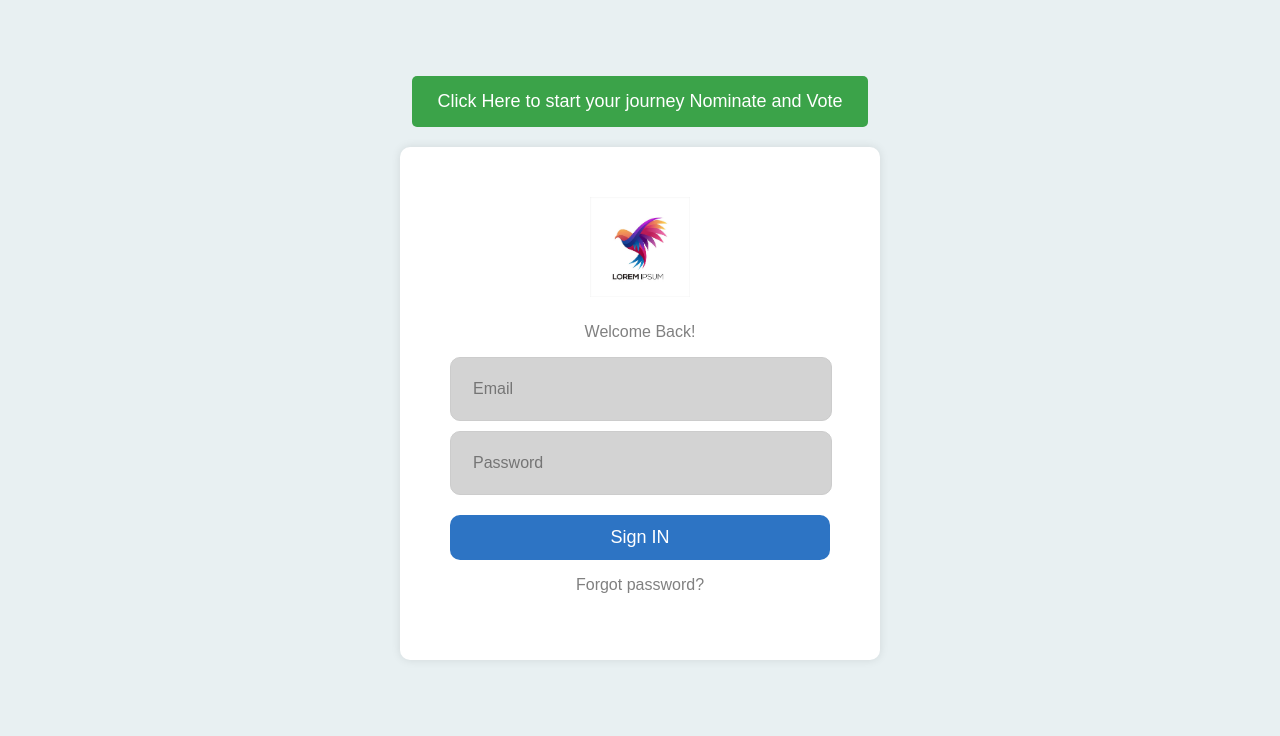
Repository: Femi007-gh/welcome
Page: index.html
These files come from the project's save history. The page is drawn as it stood at one moment and after the next save; the edit follows.
The browser window is 1280 px wide. The pictures show the whole page.

Above is the page before, as saved 2025-03-10 21:56:08.

### index.html
<html>
<head>
    <title>Login Page</title>
    <link rel="stylesheet" href="style.css">
</head>
<body>
    <button class="green-button">Click Here to start your journey Nominate and Vote</button>
    <div class="container">
        <img src="Logo.jpg" alt="Nigerian Shippers Council Logo">
        <p>Welcome Back!</p>
        <form action="your-server-endpoint" method="post">
            <div class="input-container">
                <input type="email" placeholder="Email" class="lit">
            </div>
            <div class="password-container">
                <input type="password" placeholder="Password" class="fit">
            </div>
            <button type="submit" class="sign-in-button">Sign IN</button>
        </form>
        <div class="links">
            <p class="under">Forgot password?</p>
        </div>
    </div>
</body>
</html>

### style.css
body {
  font-family: Arial, sans-serif;
  background-color: #e8f0f2;
  display: flex;
  justify-content: center;
  align-items: center;
  height: 100vh;
  flex-direction: column;
}
.green-button {
  background-color: #3ba349;
  color: white;
  padding: 15px 25px;
  border: none;
  border-radius: 5px;
  cursor: pointer;
  margin-bottom: 20px;
  font-size: 18px;
}
.container {
  background-color: white;
  padding: 50px;
  border-radius: 10px;
  box-shadow: 0 0 10px rgba(0, 0, 0, 0.1);
  text-align: center;
  width: 380px;
}
.container img {
  width: 100px;
  margin-bottom: 10px;
}
p {
  color: gray;
}
.input-container, .password-container {
  display: flex;
  align-items: center;
  background: #d3d3d3;
  border: 1px solid #ccc;
  border-radius: 10px;
  padding: 10px;
  width: calc(100% - 20px);
  margin: 10px 0;
}
.input-container input, .password-container input {
  border: none;
  outline: none;
  flex: 1;
  background: transparent;
  padding: 12px;
  font-size: 16px;
}
.password-container i {
  cursor: pointer;
  font-size: 18px;
  margin-left: 10px;
}
.sign-in-button {
  background-color: #2d74c4;
  color: white;
  padding: 12px;
  border: none;
  border-radius: 10px;
  cursor: pointer;
  width: 100%;
  font-size: 18px;
  margin-top: 10px;
}
.links {
  margin-top: 10px;
  font-size: 16px;
}
.links a {
  color: gray;
  text-decoration: none;
  margin: 0 10px;
}
.links a.underline {
  color: blue;
  text-decoration: underline;
}

After the next save:
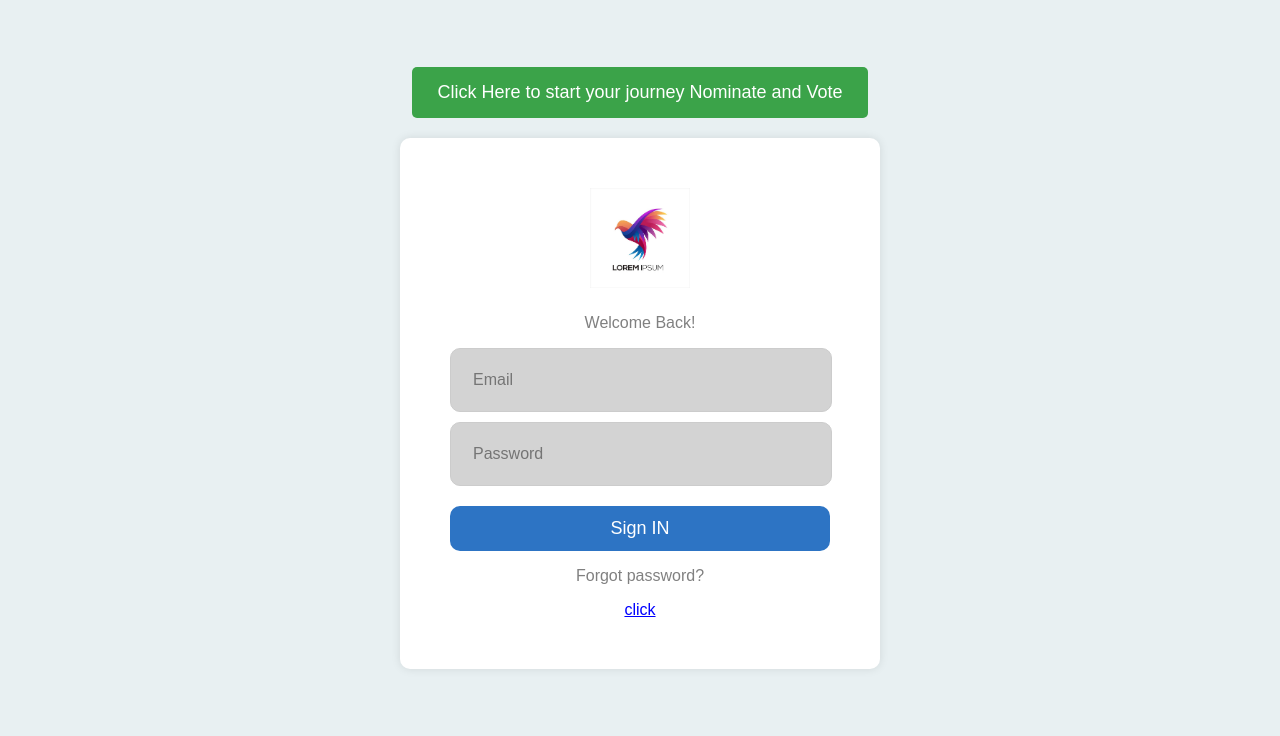
Saved 8 s later.
--- a/index.html
+++ b/index.html
@@ -18,7 +18,7 @@
             <button type="submit" class="sign-in-button">Sign IN</button>
         </form>
         <div class="links">
-            <p class="under">Forgot password?</p>
+            <p class="under">Forgot password?</p><a href="#" class="underline">click</a>
         </div>
     </div>
 </body>

After the save that followed:
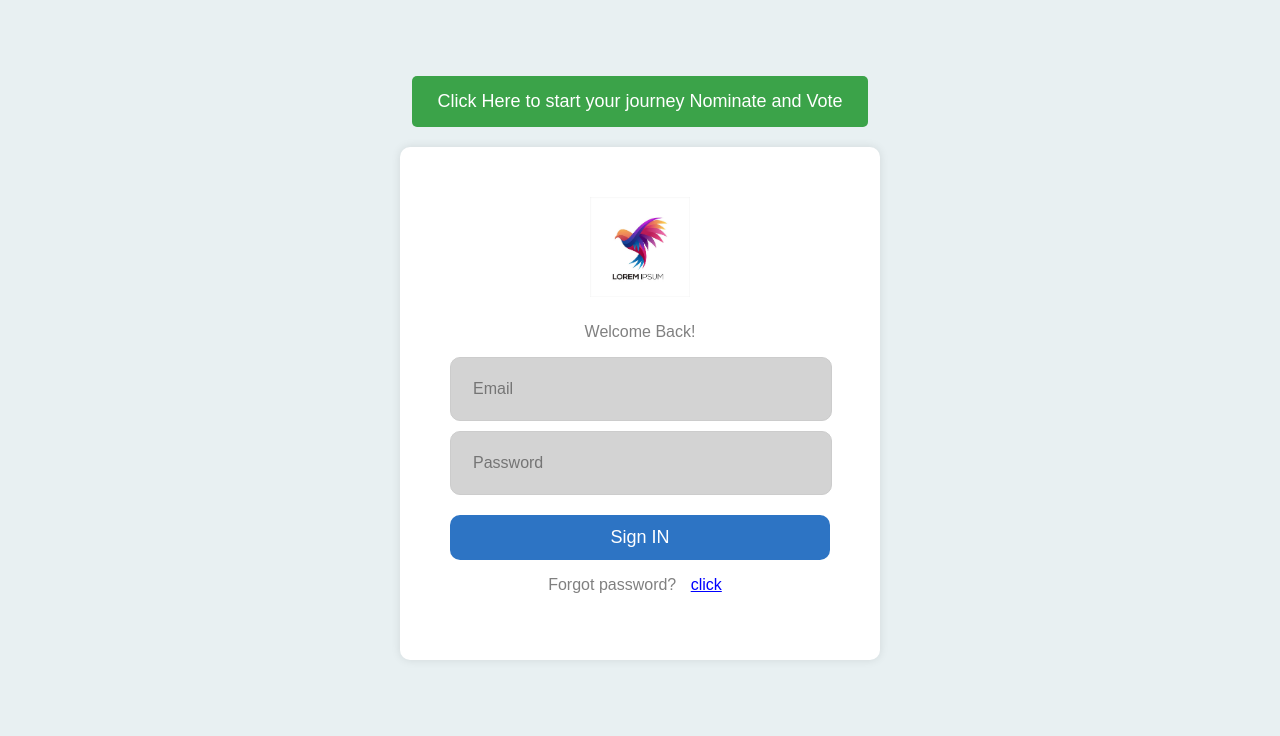
Saved 6 s later.
--- a/index.html
+++ b/index.html
@@ -18,7 +18,7 @@
             <button type="submit" class="sign-in-button">Sign IN</button>
         </form>
         <div class="links">
-            <p class="under">Forgot password?</p><a href="#" class="underline">click</a>
+            <p class="under">Forgot password? <a href="#" class="underline">click</a></p>
         </div>
     </div>
 </body>
